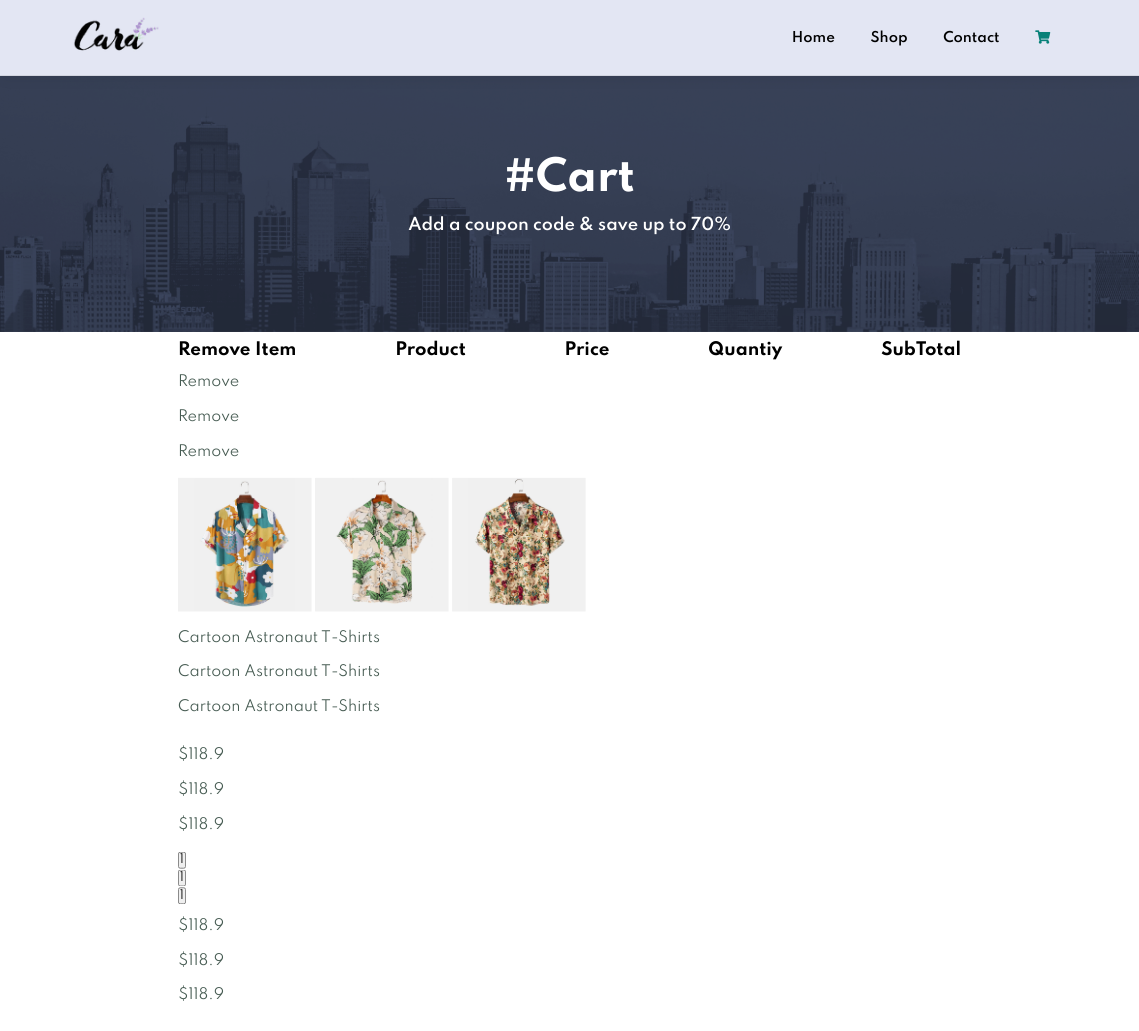
Repository: Daryllgio/E-Commerce-Website-UI
Page: cart.html
An editor plug-in stored every save of this project. The page is shown before and after a run of saves, followed by the edit.
The browser window is 1280 px wide. The pictures show the whole page, at 89% of full size.
Some web libraries are served in a nearby version.

Above is the page before, as saved 2025-01-02 01:45:15.

### cart.html
<!DOCTYPE html>
<html lang="en">

<head>
    <meta charset="UTF-8">
    <meta http-equiv="X-UA-Compatible" content="IE=edge">
    <meta name="viewport" content="width=device-width, initial-scale=1.0">
    <title>Document</title>

    <link rel="stylesheet" href="https://pro.fontawesome.com/releases/v5.10.0/css/all.css" />

    <link rel="stylesheet" href="style.css">
</head>

<body>
    <section id="header">
        <a href="#"><img src="img/logo.png" id="logo" class="logo" alt=""></a>

        <div>
            <ul id="navbar">
                <li>
                    <a href="index.html">Home</a>
                </li>
                <li>
                    <a href="shop.html">Shop</a>
                </li>
                <li>
                    <a href="contact.html">Contact</a>
                </li>
                <li>
                    <a class="active" href="cart.html"><i class="fa fa-shopping-cart" aria-hidden="true"></i></a>
                </li>

            </ul>
        </div>
    </section>

    <section id="CartPageheader" class="section-p1">
        <h2>#Cart</h2>
        <p>Add a coupon code & save up to 70%</p>
    </section>

    <section id="Cart-Summary-Container">
        <div class="Cart-Content-Header">
            <h3>
                Remove Item
            </h3>
            <h3>
                Product
            </h3>
            <h3>
                Price
            </h3>
            <h3>
                Quantiy
            </h3>
            <h3>
                SubTotal
            </h3>
        </div>
        <div class="Cart-Content">
            <p>
                Remove
            </p>
            <p>
                Remove
            </p>
            <p>
                Remove
            </p>
        </div>

        <div class="Cart-Content">
            <img src="img/products/f1.jpg" class="option" alt="">
            <img src="img/products/f2.jpg" class="option" alt="">
            <img src="img/products/f3.jpg" class="option" alt="">
        </div>

        <div class="Cart-Content">
            <p>
                Cartoon Astronaut T-Shirts
            </p>
            <p>
                Cartoon Astronaut T-Shirts
            </p>
            <p>
                Cartoon Astronaut T-Shirts
            </p>
        </div>
        <div class="Cart-Content">
            <p>
                $118.9
            </p>
            <p>
                $118.9
            </p>
            <p>
                $118.9
            </p>
        </div>

        <div class="Cart-Content">
            <div class="Product-Num-Container">
                <div class="dropdown">
                    <button class="Size-btn" onclick="toggleDropdown('myDropdown2')">1</button>
                    <div class="dropdown-content" id="myDropdown2">
                        <a href="#" onclick="updateButtonText('myDropdown2', this)">1</a>
                        <a href="#" onclick="updateButtonText('myDropdown2', this)">2</a>
                        <a href="#" onclick="updateButtonText('myDropdown2', this)">3</a>
                        <a href="#" onclick="updateButtonText('myDropdown2', this)">4</a>
                        <a href="#" onclick="updateButtonText('myDropdown2', this)">5</a>
                        <a href="#" onclick="updateButtonText('myDropdown2', this)">6</a>
                        <a href="#" onclick="updateButtonText('myDropdown2', this)">7</a>
                        <a href="#" onclick="updateButtonText('myDropdown2', this)">8</a>
                        <a href="#" onclick="updateButtonText('myDropdown2', this)">9</a>
                        <a href="#" onclick="updateButtonText('myDropdown2', this)"></a>
                    </div>
                </div>
            </div>
            <div class="Product-Num-Container">
                <div class="dropdown">
                    <button class="Size-btn" onclick="toggleDropdown('myDropdown2')">1</button>
                    <div class="dropdown-content" id="myDropdown2">
                        <a href="#" onclick="updateButtonText('myDropdown2', this)">1</a>
                        <a href="#" onclick="updateButtonText('myDropdown2', this)">2</a>
                        <a href="#" onclick="updateButtonText('myDropdown2', this)">3</a>
                        <a href="#" onclick="updateButtonText('myDropdown2', this)">4</a>
                        <a href="#" onclick="updateButtonText('myDropdown2', this)">5</a>
                        <a href="#" onclick="updateButtonText('myDropdown2', this)">6</a>
                        <a href="#" onclick="updateButtonText('myDropdown2', this)">7</a>
                        <a href="#" onclick="updateButtonText('myDropdown2', this)">8</a>
                        <a href="#" onclick="updateButtonText('myDropdown2', this)">9</a>
                        <a href="#" onclick="updateButtonText('myDropdown2', this)"></a>
                    </div>
                </div>
            </div>
            <div class="Product-Num-Container">
                <div class="dropdown">
                    <button class="Size-btn" onclick="toggleDropdown('myDropdown2')">1</button>
                    <div class="dropdown-content" id="myDropdown2">
                        <a href="#" onclick="updateButtonText('myDropdown2', this)">1</a>
                        <a href="#" onclick="updateButtonText('myDropdown2', this)">2</a>
                        <a href="#" onclick="updateButtonText('myDropdown2', this)">3</a>
                        <a href="#" onclick="updateButtonText('myDropdown2', this)">4</a>
                        <a href="#" onclick="updateButtonText('myDropdown2', this)">5</a>
                        <a href="#" onclick="updateButtonText('myDropdown2', this)">6</a>
                        <a href="#" onclick="updateButtonText('myDropdown2', this)">7</a>
                        <a href="#" onclick="updateButtonText('myDropdown2', this)">8</a>
                        <a href="#" onclick="updateButtonText('myDropdown2', this)">9</a>
                        <a href="#" onclick="updateButtonText('myDropdown2', this)"></a>
                    </div>
                </div>
            </div>
        </div>
        <div class="Cart-Content">
            <p>
                $118.9
            </p>
            <p>
                $118.9
            </p>
            <p>
                $118.9
            </p>
        </div>
    </section>


    <script src="script.js"></script>

</body>

</html>

### style.css
@import url("https://fonts.googleapis.com/css2?family=Spartan:wght@100;200;300;400;500;600;700;800;900&display=swap");

* {
  margin: 0;
  padding: 0;
  box-sizing: border-box;
  font-family: "Spartan", sans-serif;
}

html {
  scroll-behavior: smooth;
}

/* Global Styles */

h1 {
  font-size: 50px;
  line-height: 64px;
  color: #222;
}

h2 {
  font-size: 46px;
  line-height: 54px;
  color: #222;
}

h4 {
  font-size: 20px;
  color: #222;
}

h6 {
  font-weight: 700;
  font-size: 12px;
}

p {
  font-size: 16px;
  color: #465b52;
  margin: 15px 0 20px 0;
}

.section-p1 {
  padding: 40px 80px;
}

.section-m1 {
  margin: 40px 0;
}

button.normal {
  font-size: 14px;
  font-weight: 400;
  padding: 15px 20px;
  border-radius: 5px;
  cursor: pointer;
  border: none;
  outline: none;
  transition: 0.3s;
}

body {
  width: 100%;
}

#header {
  display: flex;
  align-items: center;
  justify-content: space-between;
  padding: 20px 80px;
  background: #E3E6F3;
  box-shadow: 0 5px 15px rgba(0, 0, 0, 0.06);
  position: sticky;
  top: 0;
  left: 0;

}



#navbar {
  display: flex;
  align-items: center;
  justify-content: center;
}

#navbar li {
  list-style: none;
  padding: 0px 20px;
}

#navbar li a {
  text-decoration: none;
  font-size: 15px;
  font-weight: 600;
  color: #000;
  transition: 0.3s ease;
}

#navbar li a:hover,
#navbar li a.active {
  color: #088178;
}

#HomeHeaderContent {
  background-image: url("img/hero4.png");
  height: 90vh;
  width: 100%;
  background-size: cover;
  background-position: top 25% right 0;
  padding: 0 80px;
  align-items: flex-start;
  display: flex;
  flex-direction: column;
  justify-content: center;
}

#HomeHeaderContent h4 {
  margin-bottom: 10px;
}

#HomeHeaderContent h1 {
  color: #088178;
}

#HomeHeaderContent button {
  color: #088178;
  background-image: url("img/button.png");
  font-size: 15px;
  font-weight: 600;
  background-color: transparent;
  border: 0;
  padding: 14px 80px 14px 65px;
  background-repeat: no-repeat;
  cursor: pointer;
}

#Features {
  display: flex;
  justify-content: space-between;
}

#Features .fe-box {
  width: 200px;
  text-align: center;
  padding: 35px 25px;
  border: 1px solid #cce7d0;
  box-shadow: 20px 20px 34px rgba(0, 0, 0, 0.03);
  border-radius: 10px;
}

#Features .fe-box:hover {
  box-shadow: 10px 10px 54px rgba(0, 0, 0, 0.1);
}

#Features .fe-box img {
  margin-bottom: 10px;
}

#Features .fe-box h6 {
  font-size: 13px;
  display: inline-block;
  line-height: 1;
  border-radius: 4px;
  color: #088178;
  background-color: #fddde4;
  padding: 9px 8px 6px 8px;
}

#Features .fe-box:nth-child(2) h6 {
  background-color: #cdebbc;
}

#Features .fe-box:nth-child(3) h6 {
  background-color: #d1e8f2;
}

#Features .fe-box:nth-child(4) h6 {
  background-color: #cdd4f8;
}

#Features .fe-box:nth-child(5) h6 {
  background-color: #f6dbf6;
}

#Features .fe-box:nth-child(6) h6 {
  background-color: #fff2e5;
}

#product1 {
  text-align: center;
}

#product1 .pro {
  width: 23%;
  min-width: 250px;
  padding: 10px 25px;
  border: 1px solid #f0f0f0;
  border-radius: 20px;
  cursor: pointer;
  box-shadow: 20px 20px 30px rgba(0, 0, 0, 0.02);
  transition: 0.3s ease;
}

#product1 .pro:hover {
  box-shadow: 20px 20px 30px rgba(0, 0, 0, 0.06);

}

#product1 .pro img {
  width: 100%;
  border-radius: 20px;
}

#product1 .pro .des {
  text-align: start;
  padding: 10px 0;
}

#product1 .pro .des span {
  color: #606063;
  font-size: 12px;
}

#product1 .pro .des h5 {
  color: #1a1a1a;
  font-size: 14px;
  padding-top: 7px;
}

#product1 .pro .des .fa-star {
  color: rgb(243, 181, 25);
  font-size: 12px;
}

#product1 .pro .des h4 {
  font-size: 16px;
  padding-top: 7px;
  font-weight: 700;
  color: #088178;

}

#product1 .pro .Shop {
  display: flex;
  justify-content: space-between;
}

#product1 .pro .des .fa-shopping-cart {
  width: 40px;
  height: 40px;
  line-height: 40px;
  border-radius: 50px;
  font-size: 17px;
  background-color: #e8f6ea;
  font-weight: 500;
  color: #088178;
  border: 1px solid #cce7d0;
  text-align: center;
}

#product1 .pro-container {
  display: flex;
  justify-content: space-between;
  padding: 20px;
  flex-wrap: wrap;
}


#banner {
  background-image: url("img/banner/b2.jpg");
  height: 40vh;
  width: 100%;
  background-size: cover;
  background-position: top 25% right 0;
  padding: 0 80px;
  text-align: center;
  display: flex;
  flex-direction: column;
  align-items: center;
  justify-content: center;
}

#banner p {
  font-size: 15px;
  margin-bottom: 15px;
  font-weight: 400;
  color: #ffffff;
}

#banner h2 {
  color: #fff;
  margin-bottom: 15px;
}

#banner span {
  color: red;
}

#banner button:hover {
  color: #fff;
  background-color: #088178;
}



#sm-banner {
  display: flex;
  justify-content: space-between;
  flex-wrap: wrap;
  margin-bottom: 10px;
}

#sm-banner .banner-box {
  background-image: url("img/banner/b17.jpg");
  height: 50vh;
  min-width: 620px;
  background-size: cover;
  padding: 0 20px;
  display: flex;
  flex-direction: column;
  align-items: flex-start;
  justify-content: center;

}

#sm-banner .banner-box:nth-child(2) {
  background-image: url("img/banner/b10.jpg");
}

#sm-banner p {
  font-size: 20px;
  color: #fff;
}

#sm-banner h2 {
  color: #fff;
}

#sm-banner span {
  font-size: 17px;
  color: #fff;
  margin-top: 15px;
}

#sm-banner button {
  margin-top: 25px;
  background-color: transparent;
  color: #fff;
  border: 1px solid #fff;
  transition: 0.3s ease;

}

#sm-banner button:hover {
  border: 0;
  background-color: #088178;
}




#sm-banner2 {
  display: flex;
  justify-content: space-between;
}

#sm-banner2 .banner-box {
  background-image: url("img/banner/b7.jpg");
  height: 30vh;
  width: 420px;
  background-size: cover;
  padding: 0 20px;
  display: flex;
  flex-direction: column;
  align-items: flex-start;
  justify-content: center;
  overflow: hidden;

}

#sm-banner2 .banner-box:nth-child(2) {
  background-image: url("img/banner/b4.jpg");
}

#sm-banner2 .banner-box:nth-child(3) {
  background-image: url("img/banner/b18.jpg");
}

#sm-banner2 h3 {
  font-size: 28px;
  color: #fff;
}

#sm-banner2 span {
  font-size: 17px;
  color: #fff;
  font-weight: 600;
  margin-top: 15px;
}

#sm-NewsLetter {
  background-image: url("img/banner/b14.png");
  background-repeat: no-repeat;
  height: 20vh;
  width: 100%;
  background-size: cover;
  background-position: top 25% right 30%;
  background-color: #041e42;
}

#sm-NewsLetter .Newsletters-Container {
  justify-content: space-between;
  padding: 0 10px;
  display: flex;
  flex-direction: row;
  align-items: center;
}

#sm-NewsLetter .Newsletters-Container h3 {
  color: #fff;
  font-size: 24px;
}

#sm-NewsLetter .Newsletters-Container p {
  color: #fff;
}

#sm-NewsLetter .Newsletters-Container span {
  color: rgb(243, 181, 25);
}

#sm-NewsLetter .Newsletters-Input {
  display: flex;
}

#sm-NewsLetter input {
  width: 400px;
  border: 0;
  border-radius: 5px;
  border-top-right-radius: 0;
  border-bottom-right-radius: 0;
  height: 55px;
  padding-left: 30px;
  font-size: 16px;
}

#sm-NewsLetter button {
  width: 150px;
  height: 55px;
  font-size: 16px;
  color: #fff;
  background-color: #088178;
  border: 0;
  border-radius: 5px;
  border-top-left-radius: 0;
  border-bottom-left-radius: 0;
}

#Footer {
  display: flex;
  flex-direction: row;
  justify-content: space-between;
}

#Footer .Footer-box {
  display: flex;
  flex-direction: column;
}

#Footer a {
  margin-bottom: 10px;
  text-decoration: none;
  color: #000;
}



#Footer h3 {
  margin-bottom: 10px;
}

#Footer .Social-Icons {
  display: flex;
  flex-direction: row;
  align-items: center;
}

#Footer i {
  margin-right: 10px;
}

#Footer span {
  font-weight: 600;
}

#Footer p {
  margin-bottom: 10px;
}

#Footer .pay {
  border: 1px solid #088178;
  border-radius: 10px;
}

#copyright p {
  text-align: center;
  font-size: 17px;
  font-weight: 400;
}

#ShopPageheader {
  background-image: url("img/banner/b1.jpg");
  height: 40vh;
  width: 100%;
  background-size: cover;
  background-position: top 25% right 0;
  padding: 0 80px;
  text-align: center;
  display: flex;
  flex-direction: column;
  align-items: center;
  justify-content: center;
}

#ShopPageheader h2 {
  color: #fff;
}

#ShopPageheader p {
  color: #fff;
  font-size: 18px;
  font-weight: 600;
}

#ShopPagePagination {
  display: flex;
  align-items: center;
  justify-content: center;
  margin-bottom: 20px;
}

#ShopPagePagination a {
  padding: 20px 25px;
  align-items: center;
  text-align: center;
  background-color: #088178;
  font-size: 15px;
  font-weight: 600;
  border: 0;
  text-decoration: none;
  border-radius: 10px;
  margin-right: 10px;
  color: #fff;
}

#ShopPagePagination a i {
  font-size: 18px;
}

.dropdown-content {
  display: none;
  position: absolute;
  background-color: #f9f9f9;
  min-width: 160px;
  box-shadow: 0px 8px 16px rgba(0, 0, 0, 0.2);
  z-index: 1;
}

.dropdown-content a {
  color: black;
  padding: 12px 16px;
  text-decoration: none;
  display: block;
}

.dropdown-content a:hover {
  background-color: #f1f1f1;
}

#Product-Detail-Container {
  display: flex;
  padding: 0 80px;
  margin-top: 30px;
}

#Product-Detail-Container .OptionContainer {
  display: flex;
  align-items: center;
  flex-direction: column;
  margin-right: 30px;
}

#Product-Detail-Container .OptionSubContainer {
  display: flex;
  justify-content: flex-start;
}



#MainImg {
  width: 590px;
  height: 60vh;
  margin-bottom: 10px;
}

#Product-Detail-Container .option {
  width: 140px;
  height: 20vh;
  margin-right: 10px;
  cursor: pointer;
}

#Product-Detail-Container .Product-Category {
  margin-bottom: 20px;
}

#Product-Detail-Container .Product-Price {
  margin-bottom: 20px;
}

#Product-Detail-Container .dropdown-btn {
  padding: 12px 25px;
  border: 1px solid;
  border-radius: 5px;
  background-color: transparent;
}

#Product-Detail-Container .Product-Num-Container {
  display: flex;
  align-items: center;
  margin-top: 10px;
  margin-bottom: 50px;
}

#Product-Detail-Container .Size-btn {
  padding: 12px 25px;
  border: 1px solid;
  border-radius: 5px;
  text-align: center;
  margin-right: 10px;
  background-color: #fff;
}

#Product-Detail-Container .AddToCart-btn {
  padding: 16px 25px;
  border: 0;
  border-radius: 7px;
  text-align: center;
  background-color: #088178;
  color: #fff;
  font-size: 15px;
  font-weight: 600;
}


#Product-Detail-Container .Product-Detail-Header {
  color: #000;
  font-size: 22px;
  font-weight: 600;
}

#Product-Detail-Container .Product-Details {
  color: #000;
  line-height: 25px;
}

#ContactPageheader {
  background-image: url("img/about/banner.png");
  height: 40vh;
  width: 100%;
  background-size: cover;
  background-position: top 25% right 0;
  padding: 0 80px;
  text-align: center;
  display: flex;
  flex-direction: column;
  align-items: center;
  justify-content: center;
}

#ContactPageheader h2 {
  color: #fff;
}

#ContactPageheader p {
  color: #fff;
  font-size: 18px;
  font-weight: 600;
}

#ContactDetailContainer {
  display: flex;
  align-items: center;
  gap: 20px;
  padding: 30px 50px;
}

#ContactDetailContainer .ContactDetail {
  display: flex;
  align-items: center;
  gap: 10px;
}

#ContactDetailContainer h2 {
  margin-bottom: 20px;
}

#ContactDetailContainer p {
  color: #000;
  font-size: 17px;
}

#Contact-Input {
  display: flex;
  flex-direction: column;
  gap: 10px;
  padding: 20px 100px;
  align-items: center;
}

#Contact-Input h2 {
  text-align: center;
}

#Contact-Input .Input-Box {
  width: 600px;
  height: 40px;
  padding: 0 20px;
  border-radius: 5px;
  border: 1px solid #e1e1e1;
}

#Contact-Input .Input-Message-Box {
  width: 600px;
  height: 200px;
  border: 1px solid #e1e1e1;
  border-radius: 5px;
  padding-left: 15px;
  padding-top: 15px;
}

#Contact-Input button {
  padding: 16px 25px;
  border: 0;
  border-radius: 7px;
  text-align: center;
  background-color: #088178;
  color: #fff;
  font-size: 15px;
  font-weight: 600;
}

#CartPageheader {
  background-image: url("img/about/banner.png");
  height: 40vh;
  width: 100%;
  background-size: cover;
  background-position: top 25% right 0;
  padding: 0 80px;
  text-align: center;
  display: flex;
  flex-direction: column;
  align-items: center;
  justify-content: center;
}

#CartPageheader h2 {
  color: #fff;
}

#CartPageheader p {
  color: #fff;
  font-size: 18px;
  font-weight: 600;
}

#Cart-Summary-Container {
  display: flex;
  flex-direction: column;
  padding: 10px 200px;
}

#Cart-Summary-Container .Cart-Content-Header {
  display: flex;
  flex-direction: column;
  flex-direction: row;
  justify-content: space-between;
}

#Cart-Summary-Container .option {
  width: 150px;
  height: 150px;
}

### script.js
// Script for navigation bar
function toggleDropdown(dropdownId) {
    const dropdown = document.getElementById(dropdownId);
    const isOpen = dropdown.style.display === "block";
    closeAllDropdowns(); // Close any other open dropdowns
    dropdown.style.display = isOpen ? "none" : "block";
}

function closeAllDropdowns() {
    const dropdowns = document.querySelectorAll(".dropdown-content");
    dropdowns.forEach(dropdown => {
        dropdown.style.display = "none";
    });
}

function updateButtonText(dropdownId, selectedItem) {
    const dropdown = document.getElementById(dropdownId);
    const button = dropdown.previousElementSibling; // Select the button associated with the dropdown
    button.textContent = selectedItem.textContent; // Update button text with the selected item's text
    dropdown.style.display = "none"; // Close the dropdown after selection
}

// Close dropdowns when clicking outside
document.addEventListener("click", function (event) {
    if (!event.target.matches(".dropdown-btn") && !event.target.matches(".Size-btn")) {
        closeAllDropdowns();
    }
});

After the next 2 saves:
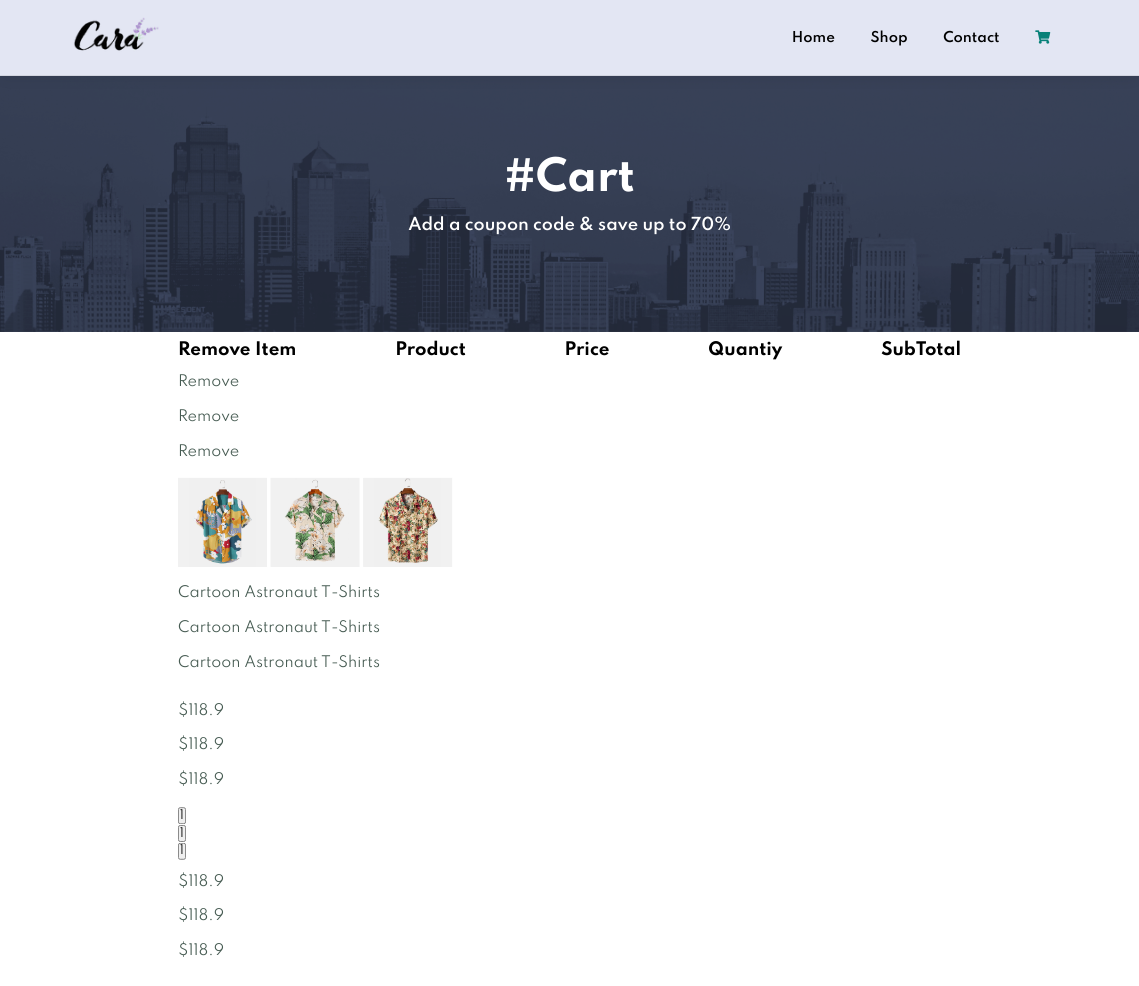
The 2 saves are shown as one change because they came seconds apart.
The last was saved 10 s later.
--- a/style.css
+++ b/style.css
@@ -790,6 +790,6 @@ body {
 }
 
 #Cart-Summary-Container .option {
-  width: 150px;
-  height: 150px;
-}
+  width: 100px;
+  height: 100px;
+}
